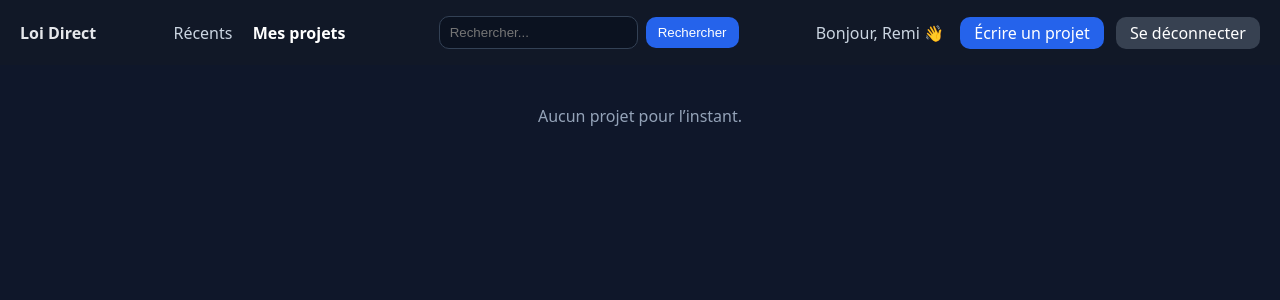
Repository: remi77130/loi-direct
Page: http://localhost/loi/index.php?mine=1
The author's editor kept a copy of each file at every save. The page is drawn from the files as they stood at one save, then again after the next save.
The browser window is 1280 px wide. The pictures show the whole page.
The page is run by PHP 8.4 with error messages shown; the project is at /var/www/html/. The session is filled in as if someone had signed in: {"user_id": 37, "pseudo": "Remi"}. The database holds what the project's SQL file puts in it.

Above is the page before, as saved 2025-09-17 11:49:27.

After the next save:
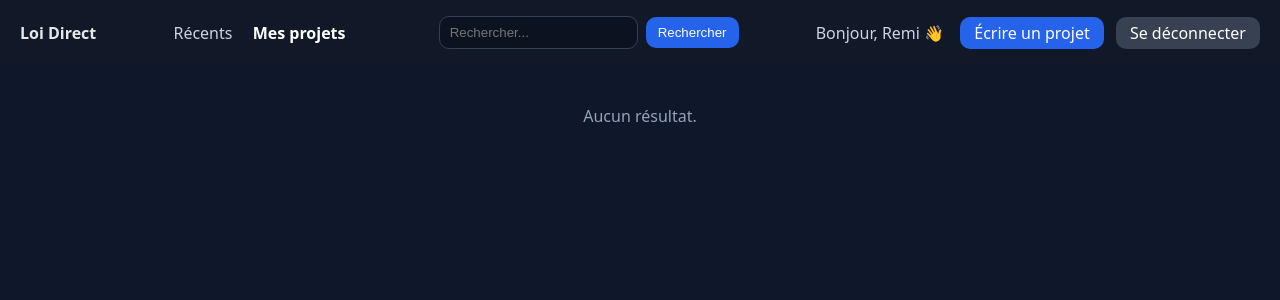
Saved 75 s later.
--- a/index.php
+++ b/index.php
@@ -189,8 +189,17 @@ $totalPages = max(1, (int)ceil($totalRows / $per));
 <?php endif; ?>
 
 <?php if (!$projects): ?>
-  <div class="empty">Aucun projet pour l’instant.</div>
+  <div class="empty">
+    <?php if ($q !== '' || $tagSlug !== '' || $mine): ?>
+      Aucun résultat.
+    <?php else: ?>
+      Aucun projet pour l’instant.
+    <?php endif; ?>
+  </div>
 <?php else: ?>
+
+
+
   <?php foreach ($projects as $p): ?>
     <article class="card">
       <h3 style="margin:0 0 6px"><?= htmlspecialchars($p['title'],ENT_QUOTES); ?></h3>
